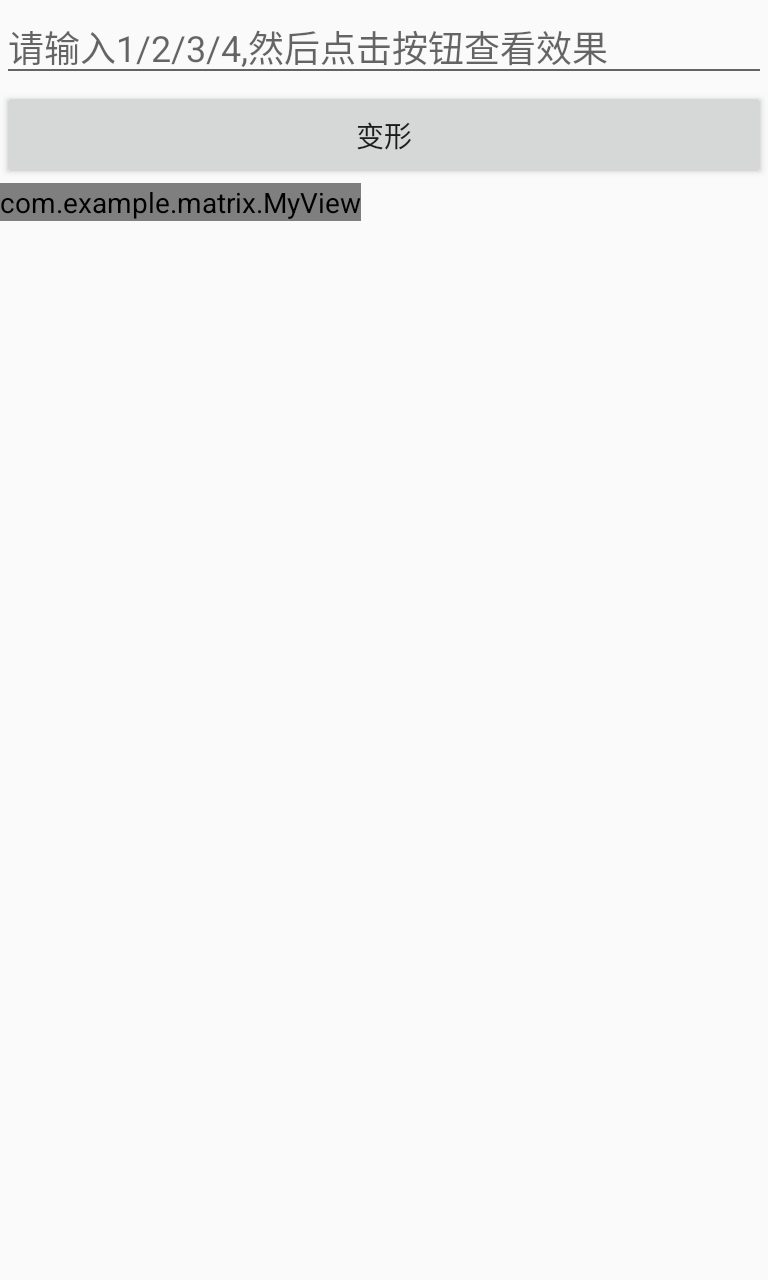
Repository: 18810012802/creazyAndroid
Layout: workspace3/matrix/res/layout/activity_main.xml
These files come from the project's save history. The layout is drawn as it stood at one moment and after the next save; the edit follows.
Pictures or frames that could not be fetched are drawn as grey boxes. It is drawn on a 768 x 1280 px phone screen (xhdpi) without system bars, with theme AppTheme; the app's code is not run.

Above is the layout before, as saved 2016-05-08 16:09:52.

After the next save:
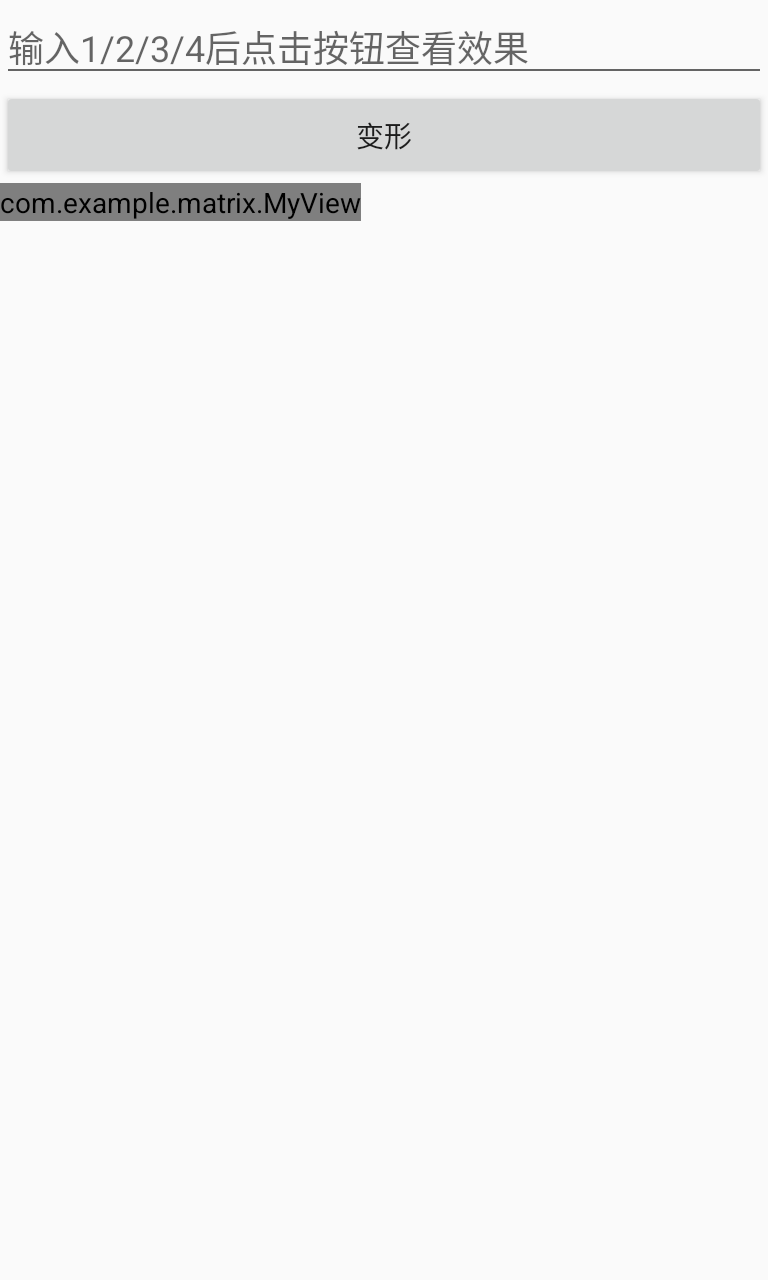
Saved 10 s later.
--- a/workspace3/matrix/res/layout/activity_main.xml
+++ b/workspace3/matrix/res/layout/activity_main.xml
@@ -9,7 +9,7 @@
           android:layout_width="match_parent"
         android:layout_height="wrap_content"
         android:inputType="number"
-        android:hint="请输入1/2/3/4,然后点击按钮查看效果"
+        android:hint="输入1/2/3/4后点击按钮查看效果"
          />
         <Button
          android:id="@+id/bn"
